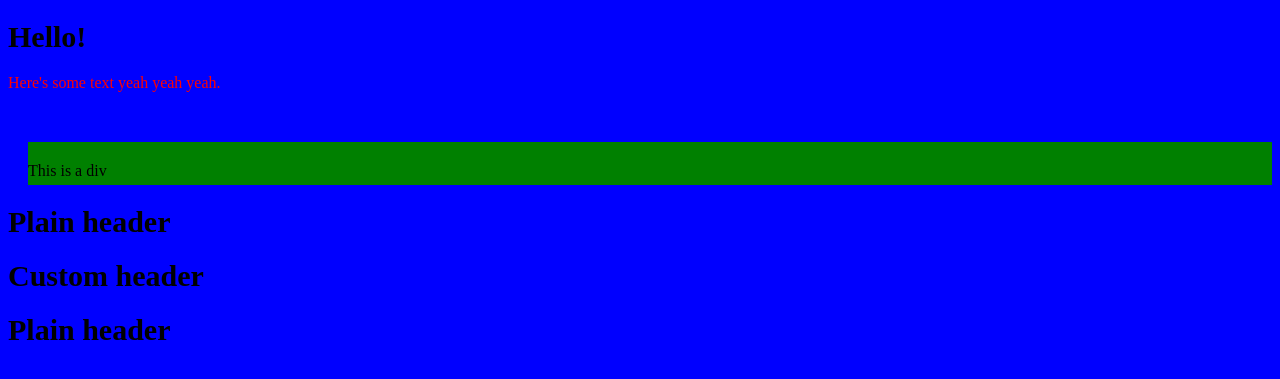
Repository: OperationSpark/teacher-training-curriculum
Page: Lesson4.html
The author's editor kept a record of every edit. The page is drawn from the files as they stood at one moment, then again after the next edit.
The browser window is 1280 px wide. The pictures show the whole page.

Above is the page before.

### Lesson4.html
<!DOCTYPE html>
<html>
    <head>
        <title>CSS!</title>
        <style type="text/css">
            body {
            background-color: blue;
            }

            h1 {
                    font-size: 30px;
            }

            p  {
                    color: red;
            }

            div {
                    margin-top: 50px;
                    margin-left: 20px;
                    padding-top: 20px;
                    padding-right: 10px;
                    padding-bottom: 5px;
                    padding-left: 0;
                    background-color: green;
                }
        </style>
    </head>
    <body>

        <h1>Hello!</h1>
        <p>Here's some text yeah yeah yeah.</p>

        <div>This is a div</div>


        <h1>Plain header</h1>
        <h1 class="special">Custom header</h1>
        <h1>Plain header</h1>

    </body>
</html>

After the next edit:
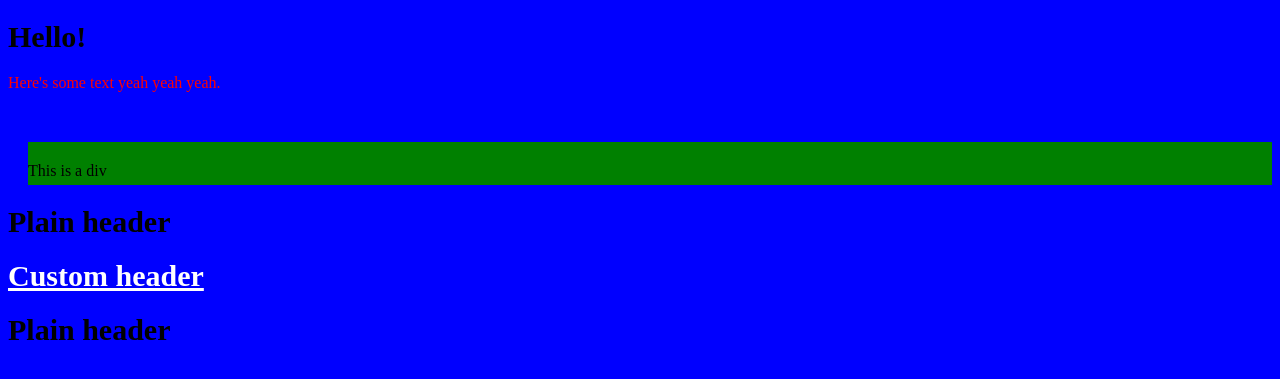
The edit:
--- a/Lesson4.html
+++ b/Lesson4.html
@@ -24,6 +24,11 @@
                     padding-left: 0;
                     background-color: green;
                 }
+            .special {
+                color: white;
+                text-decoration: underline;
+
+            }
         </style>
     </head>
     <body>
